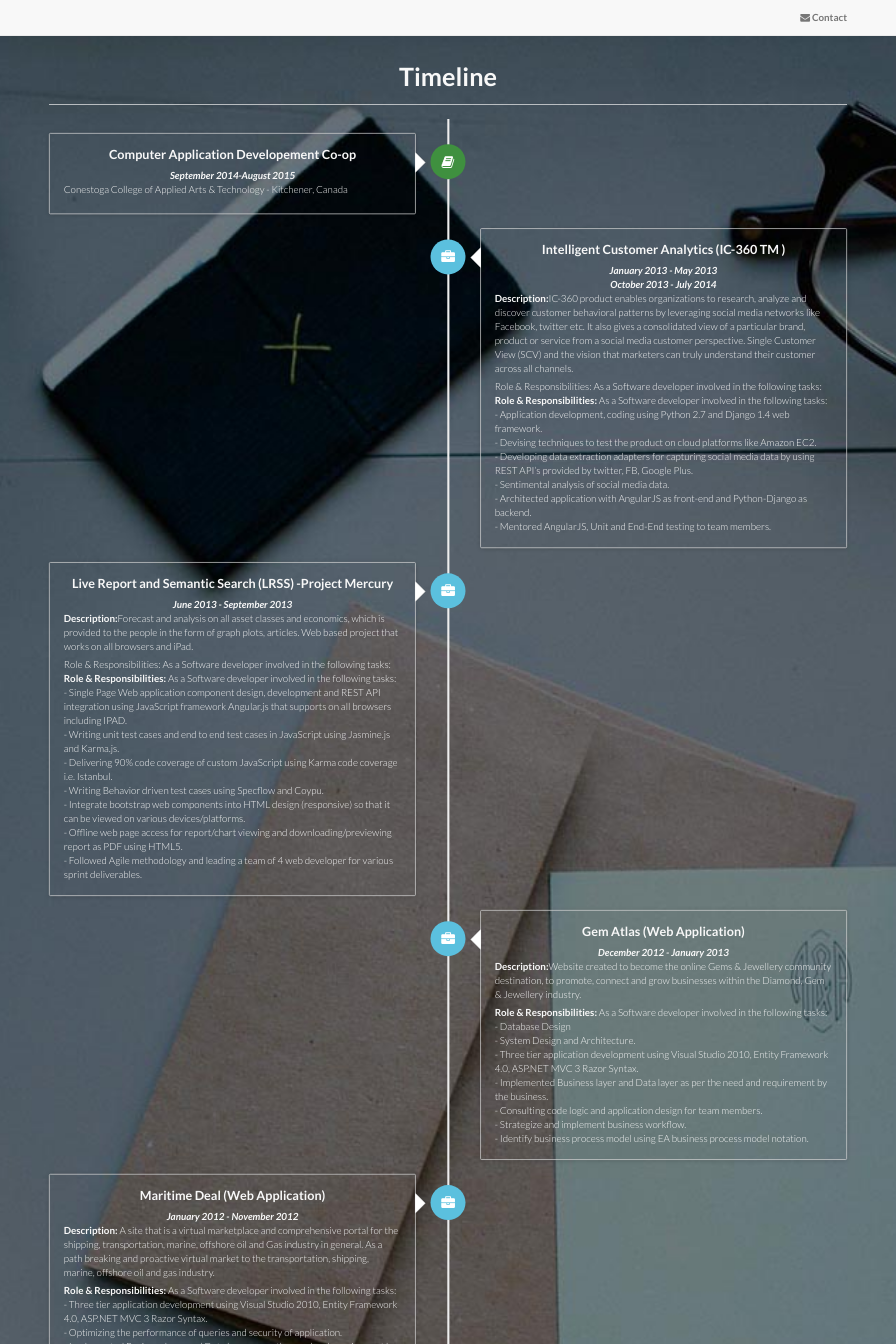
Repository: zahidmak/zahidmak.github.io
Page: portfolio.html
The author's editor kept a record of every edit. The page is drawn from the files as they stood at one moment, then again after the next edit.
The browser window is 1280 px wide. The pictures show the part of the page from y = 0 to 1920 px (the page is 2716 px tall before and 2696 px after), at 70% of full size.

Above is the page before.

### portfolio.html
<!DOCTYPE html>
<html lang="en">

<head>

    <meta charset="utf-8">
    <meta http-equiv="X-UA-Compatible" content="IE=edge">
    <meta name="viewport" content="width=device-width, initial-scale=1">
    <meta name="description" content="">
    <meta name="author" content="">

    <title>Zahidali - Software Developer</title>

    <!-- Bootstrap Core CSS -->
    <link href="css/bootstrap.min.css" rel="stylesheet">

    <!-- Custom CSS -->
    <link href="css/landing-page.css" rel="stylesheet">

    <!-- Custom Fonts -->
    <link href="font-awesome-4.1.0/css/font-awesome.min.css" rel="stylesheet" type="text/css">
    <link href="css/style.css" rel="stylesheet" type="text/css" />
    <link href="http://fonts.googleapis.com/css?family=Lato:300,400,700,300italic,400italic,700italic" rel="stylesheet" type="text/css">

    <!-- HTML5 Shim and Respond.js IE8 support of HTML5 elements and media queries -->
    <!-- WARNING: Respond.js doesn't work if you view the page via file:// -->
    <!--[if lt IE 9]>
        <script src="https://oss.maxcdn.com/libs/html5shiv/3.7.0/html5shiv.js"></script>
        <script src="https://oss.maxcdn.com/libs/respond.js/1.4.2/respond.min.js"></script>
    <![endif]-->
    <script>
        (function(i, s, o, g, r, a, m) {
            i['GoogleAnalyticsObject'] = r;
            i[r] = i[r] || function() {
                (i[r].q = i[r].q || []).push(arguments)
            }, i[r].l = 1 * new Date();
            a = s.createElement(o),
                m = s.getElementsByTagName(o)[0];
            a.async = 1;
            a.src = g;
            m.parentNode.insertBefore(a, m)
        })(window, document, 'script', '//www.google-analytics.com/analytics.js', 'ga');

        ga('create', 'UA-57121421-1', 'auto');
        ga('send', 'pageview');
    </script>
    <style type="text/css">
        p {
            font-weight: 100;
        }
        body {
            background: none !important;
        }
    </style>
</head>

<body>

    <!-- Navigation -->
    <nav class="navbar navbar-default navbar-fixed-top" role="navigation">
        <div class="container">
            <!-- Brand and toggle get grouped for better mobile display -->
            <div class="navbar-header">
                <button type="button" class="navbar-toggle" data-toggle="collapse" data-target="#bs-example-navbar-collapse-1">
                    <span class="sr-only">Toggle navigation</span>
                    <span class="icon-bar"></span>
                    <span class="icon-bar"></span>
                    <span class="icon-bar"></span>
                </button>
                <!--   <a class="navbar-brand" href="#">Start Bootstrap</a> -->
            </div>
            <!-- Collect the nav links, forms, and other content for toggling -->
            <div class="collapse navbar-collapse" id="bs-example-navbar-collapse-1">
                <ul class="nav navbar-nav navbar-right">
                    <!-- <li>
                        <a href="#">About</a>
                    </li>
                    <li>
                        <a href="#">Portfolio</a>
                    </li> -->
                    <li>
                        <a href="mailto:zahid2304@gmail.com"><i class="fa fa-envelope"></i> Contact</a>
                    </li>
                </ul>
            </div>
            <!-- /.navbar-collapse -->
        </div>
        <!-- /.container -->
    </nav>

    <!-- Header -->
    <div class="intro-header">

        <div class="container">
            <div class="page-header">
                <h1 id="timeline">Timeline</h1>
            </div>
            <ul class="timeline">
                <li>
                    <div class="timeline-badge success"><i class="fa fa-book"></i>
                    </div>
                    <div class="timeline-panel">
                        <div class="timeline-heading">
                            <h4 class="timeline-title">Computer Application Developement Co-op</h4>
                            <i>September 2014-August 2015</i>
                        </div>
                        <div class="timeline-body" style="text-align:left;">
                            <p> Conestoga College of Applied Arts & Technology - Kitchener, Canada</p>

                            </p>
                        </div>
                    </div>
                </li>
                <li class="timeline-inverted">
                    <div class="timeline-badge info"><i class="fa fa-briefcase"></i>
                    </div>
                    <div class="timeline-panel">
                        <div class="timeline-heading">
                            <h4 class="timeline-title">Intelligent Customer Analytics (IC-360 TM )</h4>
                            <i>January 2013 - May 2013</i>
                            <br>
                            <i>October 2013 - July 2014</i>
                        </div>
                        <div class="timeline-body" style="text-align:left;">
                            <p><b>Description:</b>IC-360 product enables organizations to research, analyze and discover customer behavioral patterns by leveraging social media networks like Facebook, twitter etc. It also gives a consolidated view of a particular
                                brand, product or service from a social media customer perspective. Single Customer View (SCV) and the vision that marketers can truly understand their customer across all channels.</p>
                            <p>

                                Role & Responsibilities: As a Software developer involved in the following tasks:
                                <b>Role & Responsibilities:</b> As a Software developer involved in the following tasks:
                                <br> - Application development, coding using Python 2.7 and Django 1.4 web framework.
                                <br> - Devising techniques to test the product on cloud platforms like Amazon EC2.
                                <br> - Developing data extraction adapters for capturing social media data by using REST API’s provided by twitter, FB, Google Plus.
                                <br> - Sentimental analysis of social media data.
                                <br> - Architected application with AngularJS as front-end and Python-Django as backend.
                                <br> - Mentored AngularJS, Unit and End-End testing to team members.
                                <br>
                        </div>
                    </div>
                </li>
                <li>
                    <div class="timeline-badge info"><i class="fa fa-briefcase"></i>
                    </div>
                    <div class="timeline-panel">
                        <div class="timeline-heading">
                            <h4 class="timeline-title">Live Report and Semantic Search (LRSS) -Project Mercury</h4>
                            <i>June 2013 - September 2013</i>
                        </div>
                        <div class="timeline-body" style="text-align:left;">
                            <p><b>Description:</b>Forecast and analysis on all asset classes and economics, which is provided to the people in the form of graph plots, articles. Web based project that works on all browsers and iPad.</p>
                            <p>
                                Role & Responsibilities: As a Software developer involved in the following tasks:
                                <b>Role & Responsibilities:</b> As a Software developer involved in the following tasks:
                                <br> - Single Page Web application component design, development and REST API integration using JavaScript framework Angular.js that supports on all browsers including IPAD.
                                <br> - Writing unit test cases and end to end test cases in JavaScript using Jasmine.js and Karma.js.
                                <br> - Delivering 90% code coverage of custom JavaScript using Karma code coverage i.e. Istanbul.
                                <br> - Writing Behavior driven test cases using Specflow and Coypu.
                                <br> - Integrate bootstrap web components into HTML design (responsive) so that it can be viewed on various devices/platforms.
                                <br> - Offline web page access for report/chart viewing and downloading/previewing report as PDF using HTML5.
                                <br> - Followed Agile methodology and leading a team of 4 web developer for various sprint deliverables.
                                <br>
                        </div>
                    </div>
                </li>
                <li class="timeline-inverted">
                    <div class="timeline-badge info"><i class="fa fa-briefcase"></i>
                    </div>
                    <div class="timeline-panel">
                        <div class="timeline-heading">
                            <h4 class="timeline-title">Gem Atlas (Web Application)</h4>
                            <i>December 2012 - January 2013</i>
                        </div>
                        <div class="timeline-body" style="text-align:left;">
                            <p><b>Description:</b>Website created to become the online Gems & Jewellery community destination, to promote, connect and grow businesses within the Diamond, Gem & Jewellery industry.</p>
                            <p>

                                <b>Role & Responsibilities:</b> As a Software developer involved in the following tasks:
                                <br> - Database Design
                                <br> - System Design and Architecture.
                                <br> - Three tier application development using Visual Studio 2010, Entity Framework 4.0, ASP.NET MVC 3 Razor Syntax.
                                <br> - Implemented Business layer and Data layer as per the need and requirement by the business.
                                <br> - Consulting code logic and application design for team members.
                                <br> - Strategize and implement business workflow.
                                <br> - Identify business process model using EA business process model notation.
                                <br>
                        </div>
                    </div>
                </li>
                <li>
                    <div class="timeline-badge info"><i class="fa fa-briefcase"></i>
                    </div>
                    <div class="timeline-panel">
                        <div class="timeline-heading">
                            <h4 class="timeline-title">Maritime Deal (Web Application)</h4>
                            <i>January 2012 - November 2012</i>
                        </div>
                        <div class="timeline-body" style="text-align:left;">
                            <p><b>Description:</b> A site that is a virtual marketplace and comprehensive portal for the shipping, transportation, marine, offshore oil and Gas industry in general. As a path breaking and proactive virtual market to the transportation,
                                shipping, marine, offshore oil and gas industry.</p>
                            <p> <b>Role & Responsibilities:</b> As a Software developer involved in the following tasks:
                                <br> - Three tier application development using Visual Studio 2010, Entity Framework 4.0, ASP.NET MVC 3 Razor Syntax.
                                <br> - Optimizing the performance of queries and security of application.
                                <br> - Implemented Business layer and Data layer as per the need and requirement by the business.
                                <br> - Consulting code logic and application design for team members.
                                <br> - Strategize and implement business workflow.
                                <br> - Integrate social network plug-in.
                                <br> - Identify business process model using EA business process model notation.
                                <br> - Building deployment package and deployment on IIS Server.</p>
                        </div>
                    </div>
                </li>
                <li class="timeline-inverted">
                    <div class="timeline-badge info"><i class="fa fa-briefcase"></i>
                    </div>
                    <div class="timeline-panel">
                        <div class="timeline-heading">
                            <h4 class="timeline-title">Software Developer</h4>
                            <div class="timeline-body">
                                <p>e-Cognosys Information Systems 2011-2014</p>
                            </div>
                        </div>
                        <div class="timeline-body">

                        </div>
                    </div>
                </li>
                <li>
                    <div class="timeline-badge info"><i class="fa fa-briefcase"></i>
                    </div>
                    <div class="timeline-panel">
                        <div class="timeline-heading">
                            <h4 class="timeline-title">PCB Design & Layout Engineer</h4>
                        </div>
                        <div class="timeline-body">
                            <p> Electronic Clique 2010-2011</p>
                        </div>
                    </div>
                </li>
                <li class="timeline-inverted">
                    <div class="timeline-badge success"><i class="fa fa-book"></i>
                    </div>
                    <div class="timeline-panel">
                        <div class="timeline-heading">
                            <h4 class="timeline-title">Bachelor of Engineering (Electronics)</h4>
                        </div>
                        <div class="timeline-body" style="text-align:left;">
                            <p> Rizvi College of Engineering (University of Mumbai)</p>
                            <p><i class="fa fa-star"></i> Award for Academic excellence from Aga khan education services</p>
                            <p><i class="fa fa-star"></i>Award for Academic excellence from Sidhpur development foundation</p>
                            </p>
                        </div>
                    </div>
                </li>
            </ul>
        </div>
        <!-- /.container -->

    </div>
    <!-- /.intro-header -->

    <!-- Page Content -->

    <!-- <div class="content-section-a">

        <div class="container">

            <div class="row">
                <div class="col-lg-5 col-sm-6">
                    <hr class="section-heading-spacer">
                    <div class="clearfix"></div>
                    <h2 class="section-heading">Death to the Stock Photo:<br>Special Thanks</h2>
                    <p class="lead">A special thanks to <a target="_blank" href="http://join.deathtothestockphoto.com/">Death to the Stock Photo</a> for providing the photographs that you see in this template. Visit their website to become a member.</p>
                </div>
                <div class="col-lg-5 col-lg-offset-2 col-sm-6">
                    <img class="img-responsive" src="img/ipad.png" alt="">
                </div>
            </div>

        </div>


    </div>


    <div class="content-section-b">

        <div class="container">

            <div class="row">
                <div class="col-lg-5 col-lg-offset-1 col-sm-push-6  col-sm-6">
                    <hr class="section-heading-spacer">
                    <div class="clearfix"></div>
                    <h2 class="section-heading">3D Device Mockups<br>by PSDCovers</h2>
                    <p class="lead">Turn your 2D designs into high quality, 3D product shots in seconds using free Photoshop actions by <a target="_blank" href="http://www.psdcovers.com/">PSDCovers</a>! Visit their website to download some of their awesome, free photoshop actions!</p>
                </div>
                <div class="col-lg-5 col-sm-pull-6  col-sm-6">
                    <img class="img-responsive" src="img/dog.png" alt="">
                </div>
            </div>

        </div>


    </div>


    <div class="content-section-a">

        <div class="container">

            <div class="row">
                <div class="col-lg-5 col-sm-6">
                    <hr class="section-heading-spacer">
                    <div class="clearfix"></div>
                    <h2 class="section-heading">Google Web Fonts and<br>Font Awesome Icons</h2>
                    <p class="lead">This template features the 'Lato' font, part of the <a target="_blank" href="http://www.google.com/fonts">Google Web Font library</a>, as well as <a target="_blank" href="http://fontawesome.io">icons from Font Awesome</a>.</p>
                </div>
                <div class="col-lg-5 col-lg-offset-2 col-sm-6">
                    <img class="img-responsive" src="img/phones.png" alt="">
                </div>
            </div>

        </div>


    </div>


    <div class="banner">

        <div class="container">

            <div class="row">
                <div class="col-lg-6">
                    <h2>Connect to Start Bootstrap:</h2>
                </div>
                <div class="col-lg-6">
                    <ul class="list-inline banner-social-buttons">
                        <li>
                            <a href="https://twitter.com/SBootstrap" class="btn btn-default btn-lg"><i class="fa fa-twitter fa-fw"></i> <span class="network-name">Twitter</span></a>
                        </li>
                        <li>
                            <a href="https://github.com/IronSummitMedia/startbootstrap" class="btn btn-default btn-lg"><i class="fa fa-github fa-fw"></i> <span class="network-name">Github</span></a>
                        </li>
                        <li>
                            <a href="#" class="btn btn-default btn-lg"><i class="fa fa-linkedin fa-fw"></i> <span class="network-name">Linkedin</span></a>
                        </li>
                    </ul>
                </div>
            </div>

        </div>


    </div>
    <!-- /.banner -->

    <!-- Footer -->
   <footer>
        <div class="container">
            <div class="row">
                <div class="col-lg-12">
                    <ul class="list-inline">
                        <li>
                            <a href="/index.html">Home</a>
                        </li>

                        <!--<li>-->
                        <!--    <a href="#about">About</a>-->
                        <!--</li>-->
                        <li class="footer-menu-divider">&sdot;</li>
                        <li>
                            <a href="/portfolio.html">Portfolio</a>
                        </li>
                        <li class="footer-menu-divider">&sdot;</li>
                        <li>
                            <a href="mailto:zahid2304@gmail.com">Contact</a>
                        </li>
                    </ul>
                    <p class="copyright text-muted small">Copyright &copy; Zahidali 2015. All Rights Reserved</p>
                </div>
            </div>
        </div>
    </footer>

    <!-- jQuery Version 1.11.0 -->
    <script src="js/jquery-1.11.0.js"></script>

    <!-- Bootstrap Core JavaScript -->
    <script src="js/bootstrap.min.js"></script>

</body>

</html>

Loaded but not shown: css/bootstrap.min.css (library); font-awesome-4.1.0/css/font-awesome.min.css (library); js/jquery-1.11.0.js (library); js/bootstrap.min.js (library); css/style.css (183 lines, source omitted); css/landing-page.css (166 lines, source omitted)

After the next edit:
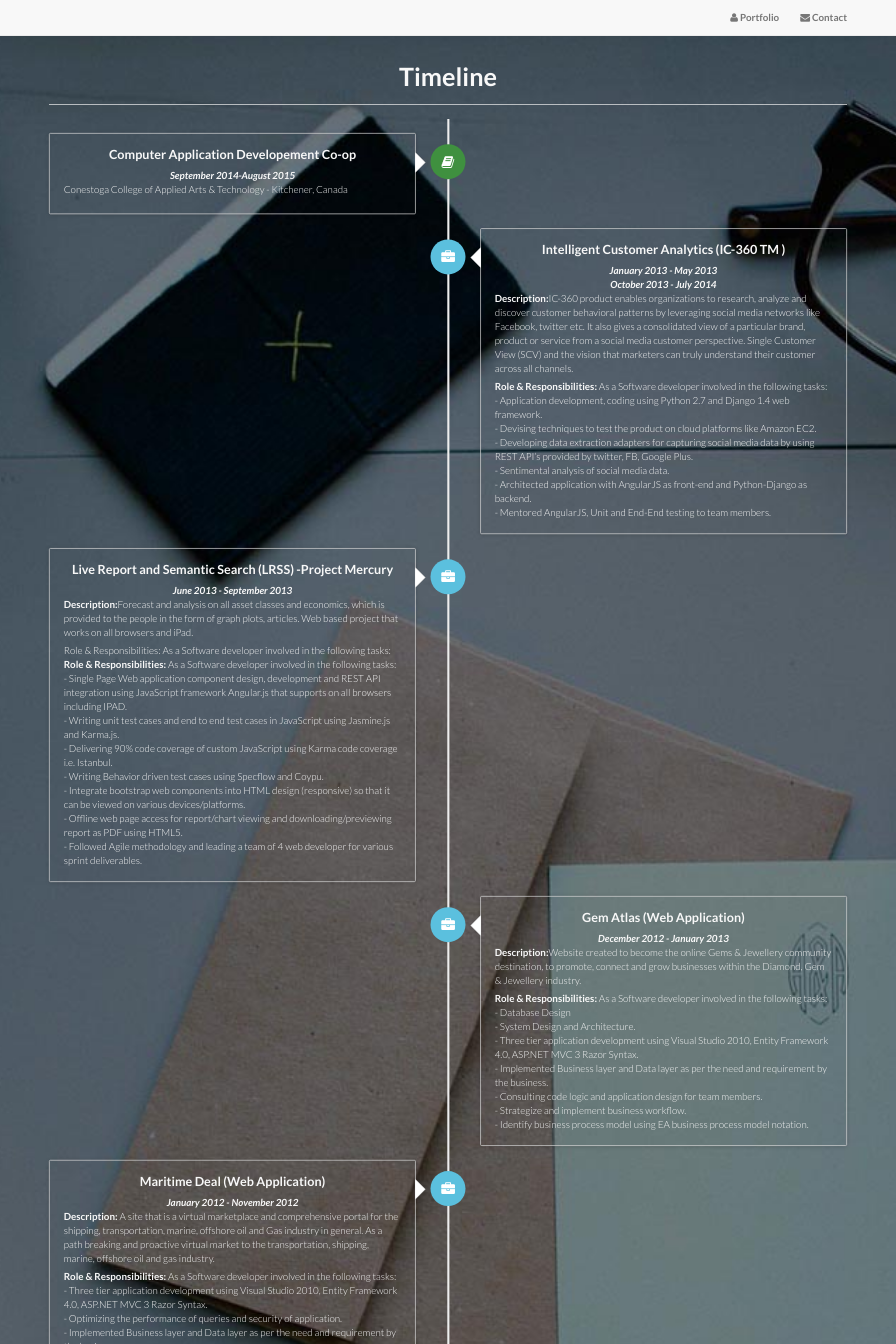
The edit:
--- a/portfolio.html
+++ b/portfolio.html
@@ -72,13 +72,13 @@
             <!-- Collect the nav links, forms, and other content for toggling -->
             <div class="collapse navbar-collapse" id="bs-example-navbar-collapse-1">
                 <ul class="nav navbar-nav navbar-right">
-                    <!-- <li>
-                        <a href="#">About</a>
+
+                    <li>
+                        <a href="/portfolio.html"><i class="fa fa-user"></i> Portfolio</a>
+
                     </li>
                     <li>
-                        <a href="#">Portfolio</a>
-                    </li> -->
-                    <li>
+
                         <a href="mailto:zahid2304@gmail.com"><i class="fa fa-envelope"></i> Contact</a>
                     </li>
                 </ul>
@@ -126,7 +126,7 @@
                                 brand, product or service from a social media customer perspective. Single Customer View (SCV) and the vision that marketers can truly understand their customer across all channels.</p>
                             <p>
 
-                                Role & Responsibilities: As a Software developer involved in the following tasks:
+
                                 <b>Role & Responsibilities:</b> As a Software developer involved in the following tasks:
                                 <br> - Application development, coding using Python 2.7 and Django 1.4 web framework.
                                 <br> - Devising techniques to test the product on cloud platforms like Amazon EC2.
@@ -356,7 +356,7 @@
     <!-- /.banner -->
 
     <!-- Footer -->
-   <footer>
+    <footer>
         <div class="container">
             <div class="row">
                 <div class="col-lg-12">
